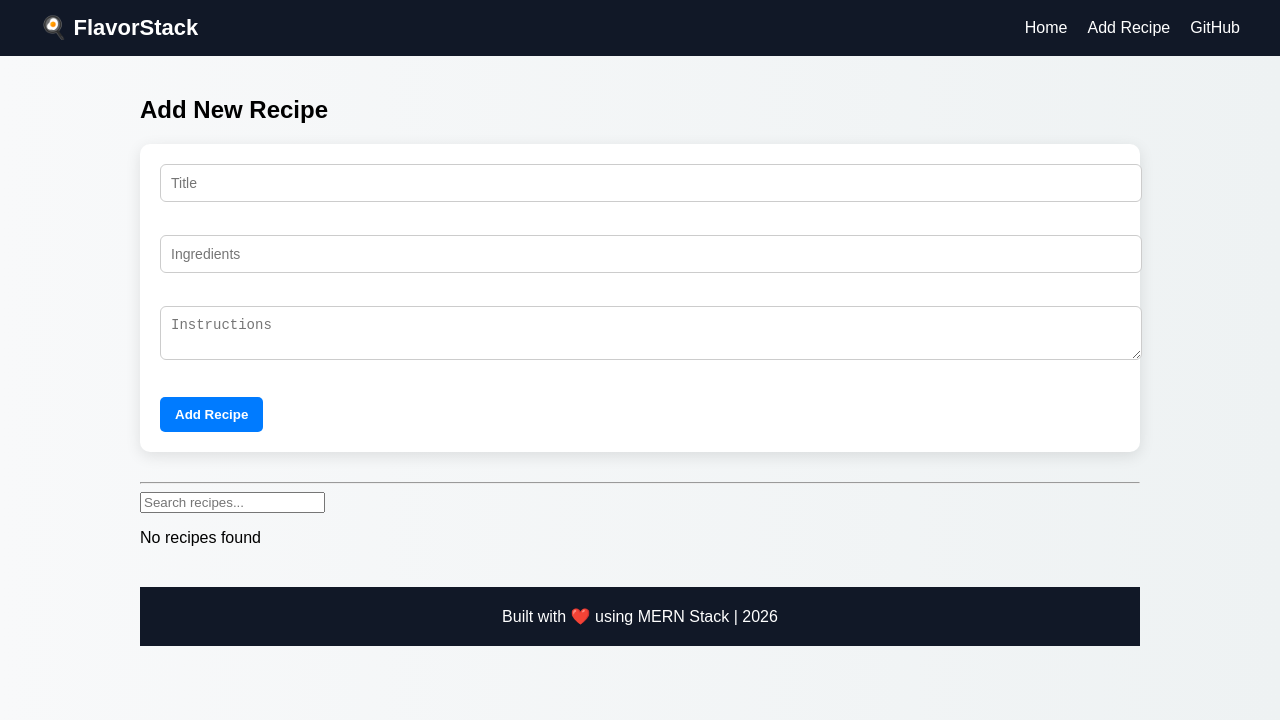
Repository: arshathdevo/recipeblogfrontend
Page: /
The author's editor kept a copy of each file at every save. The page is drawn from the files as they stood at one save, then again after the next save.
The browser window is 1280 px wide. The pictures show the whole page.
The page's requests for data from a server got no answer. The project was rebuilt for these pictures with package versions that can differ from the ones it lists, and the page was loaded fresh each time. No one was signed in, and anything a server would have sent is missing.

Above is the page before, as saved 2026-02-14 12:32:01.

### src/App.js
// import React, { useEffect, useState } from "react";
// import axios from "axios";


// function App() {
//   const [recipes, setRecipes] = useState([]);

//   useEffect(() => {
//     fetchRecipes();
//   }, []);

//   const fetchRecipes = async () => {
//     try {
//       const res = await axios.get("http://localhost:5000/api/recipes");
//       setRecipes(res.data);
//     } catch (error) {
//       console.error("Error fetching recipes:", error);
//     }
//   };
//   const [title, setTitle] = useState("");
// const [ingredients, setIngredients] = useState("");
// const [instructions, setInstructions] = useState("");

// const handleSubmit = async (e) => {
//   e.preventDefault();

//   try {
//     await axios.post("http://localhost:5000/api/recipes", {
//       title,
//       ingredients,
//       instructions,
//     });

//     // Clear form
//     setTitle("");
//     setIngredients("");
//     setInstructions("");

//     // Refresh recipe list
//     fetchRecipes();
//   } catch (error) {
//     console.error("Error adding recipe:", error);
//   }
// };


//   return (
//     <div style={{ padding: "20px" }}>
//       <h1>Recipe Blog App 🍲</h1>

//       {recipes.length === 0 ? (
//         <p>No recipes found</p>
//       ) : (
//         recipes.map((recipe) => (
//           <div
//             key={recipe._id}
//             style={{
//               border: "1px solid #ccc",
//               padding: "10px",
//               margin: "10px 0",
//             }}
//           >
//             <h2>Add New Recipe</h2>
// <form onSubmit={handleSubmit}>
//   <input
//     type="text"
//     placeholder="Title"
//     value={title}
//     onChange={(e) => setTitle(e.target.value)}
//   />
//   <br /><br />

//   <input
//     type="text"
//     placeholder="Ingredients"
//     value={ingredients}
//     onChange={(e) => setIngredients(e.target.value)}
//   />
//   <br /><br />

//   <textarea
//     placeholder="Instructions"
//     value={instructions}
//     onChange={(e) => setInstructions(e.target.value)}
//   />
//   <br /><br />

//   <button type="submit">Add Recipe</button>
// </form>

// <hr />

//             <h2>{recipe.title}</h2>
//             <p><strong>Ingredients:</strong> {recipe.ingredients}</p>
//             <p><strong>Instructions:</strong> {recipe.instructions}</p>
//           </div>
//         ))
//       )}
//     </div>
//   );
// }

// export default App;
import "./App.css";
import React, { useEffect, useState } from "react";
import axios from "axios";
import { motion } from "framer-motion";
import Header from "./Header";







function App() {
  const [recipes, setRecipes] = useState([]);
  const [title, setTitle] = useState("");
  const [ingredients, setIngredients] = useState("");
  const [instructions, setInstructions] = useState("");
  const [editId, setEditId] = useState(null);
  const [search, setSearch] = useState("");


  useEffect(() => {
    fetchRecipes();
  }, []);

  const fetchRecipes = async () => {
    try {
      const res = await axios.get("http://localhost:5000/api/recipes");
      setRecipes(res.data);
    } catch (error) {
      console.error("Error fetching recipes:", error);
    }
  };

 const handleSubmit = async (e) => {
  e.preventDefault();

  try {
    if (editId) {
      await axios.put(`http://localhost:5000/api/recipes/${editId}`, {
        title,
        ingredients,
        instructions,
      });
      setEditId(null);
    } else {
      await axios.post("http://localhost:5000/api/recipes", {
        title,
        ingredients,
        instructions,
      });
    }

    setTitle("");
    setIngredients("");
    setInstructions("");
    fetchRecipes();
  } catch (error) {
    console.error("Error saving recipe:", error);
  }
};

  const handleDelete = async (id) => {
  try {
    await axios.delete(`http://localhost:5000/api/recipes/${id}`);
    fetchRecipes(); // refresh list
  } catch (error) {
    console.error("Error deleting recipe:", error);
  }
};
const handleEdit = (recipe) => {
  setTitle(recipe.title);
  setIngredients(recipe.ingredients);
  setInstructions(recipe.instructions);
  setEditId(recipe._id);
};



  return (




    <>
      <Header />





    <div className="container">


      {/* ✅ FORM SHOULD BE OUTSIDE MAP */}
      <h2>Add New Recipe</h2>
      <form onSubmit={handleSubmit}>
        <input
          type="text"
          placeholder="Title"
          value={title}
          onChange={(e) => setTitle(e.target.value)}
        />
        <br /><br />

        <input
          type="text"
          placeholder="Ingredients"
          value={ingredients}
          onChange={(e) => setIngredients(e.target.value)}
        />
        <br /><br />

        <textarea
          placeholder="Instructions"
          value={instructions}
          onChange={(e) => setInstructions(e.target.value)}
        />
        <br /><br />

        <button type="submit">Add Recipe</button>
      </form>

      <hr />
      <input
  type="text"
  placeholder="Search recipes..."
  value={search}
  onChange={(e) => setSearch(e.target.value)}
  className="search"
/>

      {/* ✅ DISPLAY RECIPES */}
     {recipes.length === 0 ? (
  <p>No recipes found</p>
) : (

  <div className="recipe-grid">



    {recipes.filter((recipe) =>
    recipe.title.toLowerCase().includes(search.toLowerCase())
  )
    .map((recipe) => (
      <motion.div
  className="card"
  initial={{ opacity: 0, y: 30 }}
  animate={{ opacity: 1, y: 0 }}
  transition={{ duration: 0.5 }}
>

         <div key={recipe._id} className="card">

            <h2>{recipe.title}</h2>
            <p><strong>Ingredients:</strong> {recipe.ingredients}</p>
            <p><strong>Instructions:</strong> {recipe.instructions}</p>
            <div className="button-group">

              <button className="edit-btn" onClick={() => handleEdit(recipe)}>

  Edit
</button>



            <button className="delete-btn" onClick={() => handleDelete(recipe._id)}>

  Delete
</button></div>
</div>
</motion.div>


        ))}
        </div>
      )}<footer className="footer">
  Built with ❤️ using MERN Stack | 2026
</footer>

    </div></>
  );
}

export default App;

### src/App.css
body {
  margin: 0;
  font-family: 'Poppins', sans-serif;
  background: linear-gradient(to right, #f8f9fa, #eef2f3);
}

.header {
  display: flex;
  justify-content: space-between;
  align-items: center;
  padding: 15px 40px;
  background: #111827;
  color: white;
  position: sticky;
  top: 0;
  z-index: 1000;
}

.logo {
  font-size: 22px;
  font-weight: bold;
}

nav a {
  color: white;
  margin-left: 20px;
  text-decoration: none;
  transition: 0.3s;
}

nav a:hover {
  color: #facc15;
}

.container {
  padding: 40px;
}


.container {
  max-width: 1000px;
  margin: auto;
  padding: 20px;
}

h1 {
  text-align: center;
  color: #333;
}

form {
  background: white;
  padding: 20px;
  border-radius: 10px;
  box-shadow: 0 4px 15px rgba(0, 0, 0, 0.1);
  margin-bottom: 30px;
}

form input,
form textarea {
  width: 100%;
  padding: 10px;
  margin-bottom: 15px;
  border-radius: 6px;
  border: 1px solid #ccc;
  font-size: 14px;
}

form button {
  background-color: #007bff;
  padding: 10px 15px;
  font-weight: bold;
}

form button:hover {
  background-color: #0056b3;
}

.recipe-grid {
  display: grid;
  grid-template-columns: repeat(auto-fit, minmax(280px, 1fr));
  gap: 20px;
}

.card {
  background: white;
  padding: 15px;
  border-radius: 10px;
  box-shadow: 0 4px 12px rgba(0, 0, 0, 0.08);
  transition: transform 0.2s ease;
}

.card:hover {
  transform: translateY(-5px);
}

.card h2 {
  margin-top: 0;
}

.button-group {
  margin-top: 10px;
}

.edit-btn {
  background-color: #28a745;
  margin-right: 10px;
}

.edit-btn:hover {
  background-color: #1e7e34;
}

.delete-btn {
  background-color: #dc3545;
}

.delete-btn:hover {
  background-color: #b02a37;
}

button {
  border: none;
  color: white;
  padding: 8px 12px;
  border-radius: 5px;
  cursor: pointer;
}
.card {
  background: white;
  padding: 20px;
  border-radius: 10px;
  box-shadow: 0 8px 20px rgba(0,0,0,0.1);
  margin-bottom: 20px;
  transition: transform 0.3s ease, box-shadow 0.3s ease;
}

.card:hover {
  transform: translateY(-8px);
  box-shadow: 0 15px 30px rgba(0,0,0,0.2);
}
.footer {
  text-align: center;
  padding: 20px;
  background: #111827;
  color: white;
  margin-top: 40px;

}

### src/Header.js
function Header() {
  return (
    <header className="header">
      <div className="logo">🍳 FlavorStack</div>
      <nav>
        <a href="/">Home</a>
        <a href="#add">Add Recipe</a>
        <a href="https://github.com/yourusername" target="_blank">GitHub</a>
      </nav>
    </header>
  );
}

export default Header;

Loaded but not shown: src/index.js (common file)

After the next save:
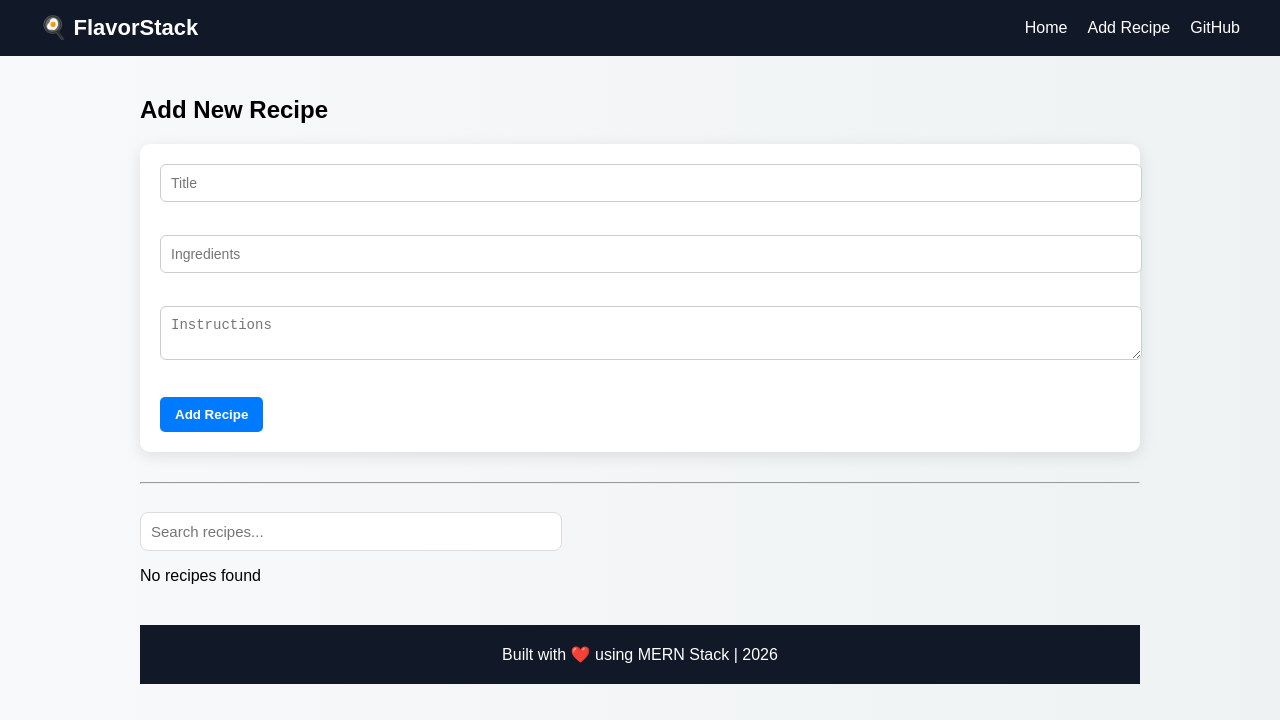
Saved 17 s later.
--- a/src/App.css
+++ b/src/App.css
@@ -147,3 +147,18 @@ button {
   margin-top: 40px;
 
 }
+.search {
+  width: 100%;
+  max-width: 400px;
+  padding: 10px;
+  border-radius: 8px;
+  border: 1px solid #ddd;
+  margin-top: 20px;
+  font-size: 15px;
+  outline: none;
+}
+
+.search:focus {
+  border-color: #3b82f6;
+  box-shadow: 0 0 5px rgba(59,130,246,0.4);
+}
